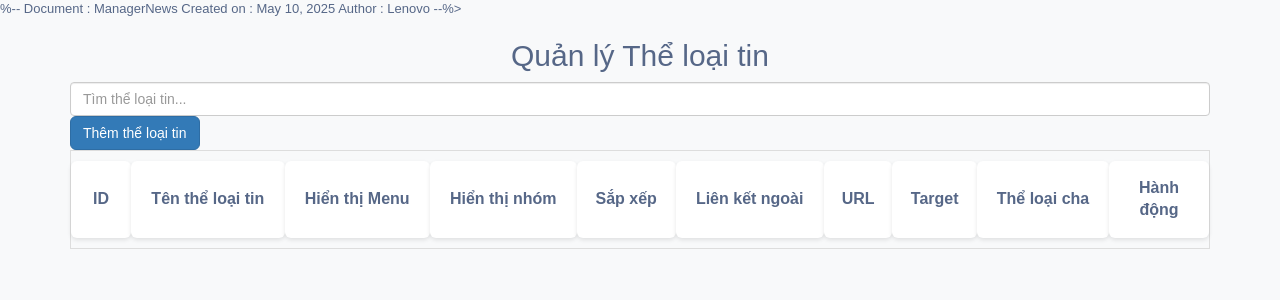
Repository: Bui-Minh-Hieu/javaaaaa
Page: http://localhost/Admin_SICT_Web/ManagerCategory.jsp
The author's editor kept a copy of each file at every save. The page is drawn from the files as they stood at one save, then again after the next save.
The browser window is 1280 px wide. The pictures show the whole page.
Some web fonts or font styles are not loaded; a fallback is used. The page is served by Tomcat 9. The template is opened directly, without the code that normally fills it, so the values that code supplies are empty.

Above is the page before, as saved 2025-05-17 17:43:18.

After the next save:
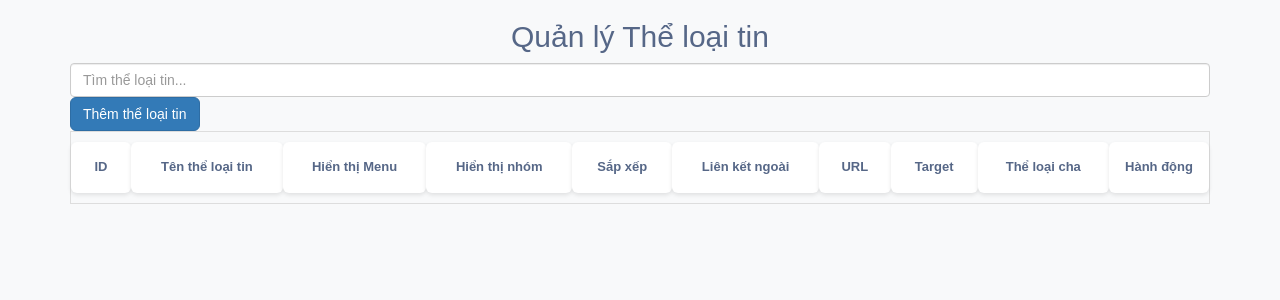
Saved 5 s later.
--- a/SICT_Web/Admin_SICT_Web/src/main/webapp/ManagerCategory.jsp
+++ b/SICT_Web/Admin_SICT_Web/src/main/webapp/ManagerCategory.jsp
@@ -1,8 +1,4 @@
-%--
-    Document   : ManagerNews
-    Created on : May 10, 2025
-    Author     : Lenovo
---%>
+
 <%@ taglib prefix="c" uri="http://java.sun.com/jsp/jstl/core" %>
 <%@page contentType="text/html" pageEncoding="UTF-8"%>
 <!DOCTYPE html>
